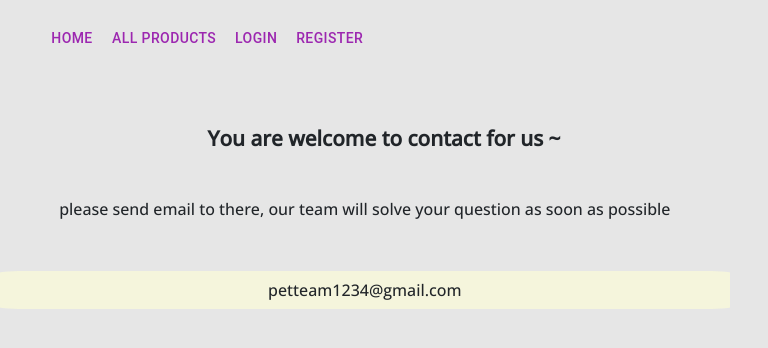
Repository: dzwfighting/pet
Page: /contact
The author's editor kept a copy of each file at every save. The page is drawn from the files as they stood at one save, then again after the next save.
The browser window is 768 px wide. The pictures show the whole page.
The project was rebuilt for these pictures with package versions that can differ from the ones it lists, and the page was loaded fresh each time. Also part of the build but not shown: src/components/homeComponent.js, src/components/Layout.js, src/components/checkoutComponent.js, src/fake-data/products.js, src/styles/css/cart.css, src/components/ShopCartComponent.js, src/components/productsDetail.js, src/manipulate/checkValid.js and 10 more.

Above is the page before, as saved 2023-08-20 10:25:44.

### src/index.js
import React from "react";
import ReactDOM from "react-dom/client";
import "./index.css";
import App from "./App";
import { Provider } from "react-redux";
import store from "./manipulate/store";
import reportWebVitals from "./reportWebVitals";

const root = ReactDOM.createRoot(document.getElementById("root"));
root.render(
  <Provider store={store}>
    <React.StrictMode>
      <App />
    </React.StrictMode>
  </Provider>
);

// If you want to start measuring performance in your app, pass a function
// to log results (for example: reportWebVitals(console.log))
// or send to an analytics endpoint. Learn more: https://bit.ly/CRA-vitals
reportWebVitals();

### src/App.js
import "./App.css";
import { BrowserRouter, Routes, Route } from "react-router-dom";
import Layout from "./components/Layout";
import Checkout from "./components/checkoutComponent";
import ShopCart from "./components/ShopCartComponent";
import ProductsDetail from "./components/productsDetail";
import Register from "./components/Register";
import Login from "./components/Login";
import Error from "./components/Error";
import Collections from "./components/Collections";
import Contactus from "./components/Contactus";
import Products from "./components/Products";

function App() {
  return (
    <BrowserRouter>
      <Routes>
        <Route path="/" element={<Layout />} />
        <Route path="checkout" element={<Checkout />} />
        <Route path="shopcart" element={<ShopCart />} />
        <Route path="contact" element={<Contactus />} />
        <Route path="products" element={<Products />} />
        <Route path="products/:id" element={<ProductsDetail />} />
        <Route path="register" element={<Register />} />
        <Route path="login" element={<Login />} />
        <Route path="error/:message" element={<Error />} />
        <Route path="collections" element={<Collections />} />
      </Routes>
    </BrowserRouter>
  );
}

export default App;

### src/manipulate/store.js
import { createStore } from "redux";
import rootReducer from "./reducer";

export default createStore(rootReducer);

### src/components/Contactus.js
import React from "react";
import NavComponent from "./navComponent";
import Container from "react-bootstrap/Container";
import Row from "react-bootstrap/Row";
import Col from "react-bootstrap/Col";
import "../styles/css/contact.css";
import cat11 from "../styles/images/cat11-removebg-preview.png";

const Contactus = () => {
  return (
    <div>
      <NavComponent />
      <div className="contactContainerSet">
        <h3>You are welcome to contact for us ~</h3>
        <p>
          please send email to there, our team will solve your question as soon
          as possible
        </p>
        <div className="emailBlock">petteam1234@gmail.com</div>
      </div>
    </div>
  );
};

export default Contactus;

### src/manipulate/reducer.js
import users from "../fake-data/users";

const initialState = {
  curUser: null,
  // cartItems: [],
  // totalQuantity: 0,
  // totalAmount: 0,
  // collectItems: [],
};

const rootReducer = (state = initialState, action) => {
  switch (action.type) {
    case "LOGIN":
      return {
        ...state,
        curUser: action.payload,
      };
    case "LOGOUT":
      return {
        ...state,
        curUser: null,
      };
    case "REGISTER":
      users.push(action.payload);
      return {
        ...state,
        curUser: action.payload,
      };
    // case "ADDCART":
    //   const newItem = action.payload;
    //   const existItem = state.cartItems.find((item) => item.id === newItem.id);
    //   state.totalQuantity++;
    //   if (!existItem) {
    //     state.cartItems.push({
    //       id: newItem.id,
    //       title: newItem.title,
    //       iamge: newItem.image,
    //       price: newItem.price,
    //       quantity: 1,
    //       totalPrice: newItem.price,
    //     });
    //   } else {
    //     existItem.quantity++;
    //     existItem.totalPrice =
    //       Number(existItem.totalPrice) + Number(newItem.price);
    //   }

    //   state.totalAmount = state.cartItems.reduce(
    //     (total, item) => total + Number(item.price) * Number(item.quantity),
    //     0
    //   );
  }
  return state;
};
export default rootReducer;

### src/components/navComponent.js
import React, { useEffect } from "react";
import { Link, useNavigate } from "react-router-dom";
import Button from "@mui/material/Button";
import { useDispatch, useSelector } from "react-redux";
import { logout } from "../manipulate/action";

const NavComponent = () => {
  const curUser = useSelector((state) => state.curUser);
  const dispatch = useDispatch();
  const navigate = useNavigate();

  const handleLogout = () => {
    dispatch(logout());
    navigate("/");
  };

  // console.log(curUser);

  return (
    <div style={{ marginLeft: "40px", marginTop: "20px", marginRight: "40px" }}>
      <Link to="/" style={{ textDecoration: "none" }}>
        <Button color="secondary">Home</Button>
      </Link>

      <Link
        to="/products"
        state={{ category: "all" }}
        style={{ textDecoration: "none" }}
      >
        <Button color="secondary">All Products</Button>
      </Link>
      {curUser ? (
        <Link to="/shopcart" style={{ textDecoration: "none" }}>
          <Button color="secondary">Shop Cart</Button>
        </Link>
      ) : (
        <a />
      )}
      {curUser ? (
        <Link to="/collections" style={{ textDecoration: "none" }}>
          <Button color="secondary">Collections</Button>
        </Link>
      ) : (
        <a />
      )}
      {/* {curUser ? (
        <Link to="/checkout" style={{ textDecoration: "none" }}>
          <Button color="secondary">Check Out </Button>
        </Link>
      ) : (
        <a />
      )} */}
      {curUser ? (
        <Button color="secondary" onClick={handleLogout}>
          Logout
        </Button>
      ) : (
        <Link to="/login" style={{ textDecoration: "none" }}>
          <Button color="secondary">Login</Button>
        </Link>
      )}
      {curUser ? (
        <a />
      ) : (
        <Link to="/register" style={{ textDecoration: "none" }}>
          <Button color="secondary">Register</Button>
        </Link>
      )}
    </div>
  );
};

export default NavComponent;

### src/fake-data/users.js
let users = [
  {
    email: "user1@gmail.com",
    password: "123456",
    collections: ["11"],
    cart: [{ proId: "11", cnt: "2" }],
    uploads: [
      "https://images.unsplash.com/photo-1526336024174-e58f5cdd8e13?ixlib=rb-4.0.3&ixid=M3wxMjA3fDB8MHxwaG90by1wYWdlfHx8fGVufDB8fHx8fA%3D%3D&auto=format&fit=crop&w=1887&q=80",
    ],
  },
  {
    email: "user2@gmail.com",
    password: "123456",
    collections: ["12", "13"],
    cart: [
      { proId: "12", cnt: "1" },
      { proId: "13", cnt: "2" },
    ],
    uploads: [
      "https://images.unsplash.com/photo-1526336024174-e58f5cdd8e13?ixlib=rb-4.0.3&ixid=M3wxMjA3fDB8MHxwaG90by1wYWdlfHx8fGVufDB8fHx8fA%3D%3D&auto=format&fit=crop&w=1887&q=80",
      "https://images.unsplash.com/photo-1542650507-17d51cecbbb5?ixlib=rb-4.0.3&ixid=M3wxMjA3fDB8MHxwaG90by1wYWdlfHx8fGVufDB8fHx8fA%3D%3D&auto=format&fit=crop&w=1942&q=80",
    ],
  },
];

let findUser = (email) => {
  let userIdx = 0;
  for (let i = 0; i < users.length; i++) {
    if (users[i].email === email) {
      userIdx = i;
      break;
    }
  }
  return userIdx;
};

export const findUserData = (email) => {
  let userIdx = findUser(email);
  return users[userIdx];
};

export let addCollect = (email, collect) => {
  let userIdx = findUser(email);

  // console.log("add succes");
  users[userIdx].collections.push(collect);
  console.log(users[userIdx]);
  return users[userIdx];
};

export let deleteCollect = (email, delId) => {
  let userIdx = findUser(email);

  let delIdx = 0;
  for (let i = 0; i < users[userIdx].collections.length; i++) {
    if (users[userIdx].collections[i] === delId) {
      delIdx = i;
      break;
    }
  }

  users[userIdx].collections.splice(delIdx, 1);
  console.log("del success");
  console.log(users[userIdx].collections);
  return users[userIdx];
};

export let addCart = (email, addId) => {
  let userIdx = findUser(email);
  let ifFind = false;
  for (let i = 0; i < users[userIdx].cart.length; i++) {
    if (users[userIdx].cart[i].proId === addId) {
      ifFind = true;
      users[userIdx].cart[i].cnt = (
        Number(users[userIdx].cart[i].cnt) + 1
      ).toString();
      break;
    }
  }

  if (!ifFind) {
    users[userIdx].cart.push({ proId: addId, cnt: "1" });
  }
  console.log(users[userIdx]);
  return users[userIdx];
};

export const delCart = (email, delId) => {
  let userIdx = findUser(email);
  for (let i = 0; i < users[userIdx].cart.length; i++) {
    if (users[userIdx].cart[i].proId === delId) {
      users[userIdx].cart.splice(i, 1);
      break;
    }
  }
  console.log(users[userIdx]);
  return users[userIdx];
};

export const delOnePro = (email, delId) => {
  let userIdx = findUser(email);
  console.log(delId);
  console.log(users[userIdx]);
  for (let i = 0; i < users[userIdx].cart.length; i++) {
    if (users[userIdx].cart[i].proId === delId) {
      console.log("start delete");
      let delOne = Number(users[userIdx].cart[i].cnt) - 1;
      console.log(delOne);
      if (delOne == 0) {
        delCart(email, delId);
        break;
      } else {
        users[userIdx].cart[i].cnt = delOne.toString();
        break;
      }
    }
  }
  console.log(users[userIdx]);
  return users[userIdx];
};
export default users;

### src/styles/css/prodetail.css
@import url("https://fonts.googleapis.com/css2?family=Open+Sans:wght@500&display=swap");
.detailcard {
  display: flex;
  position: relative;
  font-family: "Open Sans", sans-serif;
  width: 100vw;
  left: 1vw;
  right: 1vw;
}
.detailcardimg {
  width: 25vw;
  height: 40vw;
}
.detailcontent {
  width: 66vw;
}
.detailcontent h2 {
  margin-bottom: 1vw;
}
.detailcontent p {
  margin-left: 1vw;
  text-align: left;
  padding-right: 1vw;
  padding-bottom: 1vw;
  width: 66vw;
  font-size: 1rem;
}

@media screen and (min-width: 1105px) {
  .detailcardimg {
    width: 300px;
    height: 380px;
  }
  .detailfinalBtn {
    margin-top: -5px;
  }
}

@media screen and (min-width: 917px) and (max-width: 1105px) {
  .detailcardimg {
    width: 28vw;
    height: 450px;
  }
  .detailcontent {
    width: 27vw;
  }
  .detailcontent h2 {
    font-size: 1rem;
  }
  .detailcontent p {
    font-size: 0.8rem;
  }
  .detailfinalBtn {
    margin-top: 5px;
  }
}

@media screen and (min-width: 771px) and (max-width: 917px) {
  /* .detailcardimg {
    width: 28vw;
    height: 45vw;
  } */
  .detailcontent h2 {
    margin-bottom: 5px;
    font-size: 1rem;
  }
  .detailcontent p {
    margin-left: 5px;
    padding-right: 5px;
    padding-bottom: 0px;
    width: 66vw;
    font-size: 0.7rem;
  }
}
@media screen and (min-width: 615px) and (max-width: 771px) {
  .detailcardimg {
    width: 20vw;
    height: 30vw;
  }
  .detailcontent h2 {
    margin-bottom: 5px;
    font-size: 0.9rem;
  }
  .detailcontent p {
    margin-left: 5px;
    padding-right: 0;
    padding-bottom: 0px;
    width: 66vw;
    font-size: 0.5rem;
  }
}
@media screen and (min-width: 480px) and (max-width: 615px) {
  .detailcard {
    display: block;
  }
  .detailcardimg {
    position: relative;
    left: 2%;
    width: 25vw;
    height: 35vw;
  }
  .detailcontent {
    width: 95vw;
  }
  .detailcontent h2 {
    width: 95vw;
    margin-left: 0;
    margin-bottom: 2px;
    font-size: 0.9rem;
  }
  .detailcontent p {
    margin-left: 2px;
    padding-right: 0;
    padding-bottom: 0px;
    width: 90vw;
    font-size: 0.7rem;
  }
  .detailfinalBtn {
    font-size: 0.7rem;
  }
}
@media screen and (min-width: 200px) and (max-width: 480px) {
  .detailcard {
    display: block;
  }
  .detailcardimg {
    position: relative;
    left: 2%;
    width: 25vw;
    height: 35vw;
  }
  .detailcontent {
    width: 95vw;
  }
  .detailcontent h2 {
    width: 90vw;
    margin-left: 0;
    margin-bottom: 2px;
    font-size: 0.9rem;
  }
  .detailcontent p {
    margin-left: 2px;
    padding-right: 0;
    padding-bottom: 0px;
    width: 90vw;

    font-size: 0.7rem;
  }
  .detailfinalBtn {
    font-size: 0.7rem;
  }
}

### src/manipulate/action.js
export const login = (user) => ({
  type: "LOGIN",
  payload: user,
});

export const logout = () => ({
  type: "LOGOUT",
});

export const register = (newUser) => ({
  type: "REGISTER",
  payload: newUser,
});

// export const addToCart = (item) => ({
//   type: "ADDTOCART",
//   payload: item,
// });

// export const deleteFromCard = (item) => ({
//   typeof: "DELETEFROMCART",
//   payload: item,
// });

// export const addToCollect = (item) => ({
//   type: "ADDTOCOLLECT",
//   payload: item,
// });

// export const deleteFromColllect = (item) => ({
//   type: "DELETEFROMCOLLECT",
//   payload: item,
// });

### src/styles/css/login.css
@import url("https://fonts.googleapis.com/css2?family=Open+Sans:wght@500&display=swap");
.formSet {
  display: flex;
  margin-left: 5%;
  align-items: center;
  font-family: "Open Sans", sans-serif;
}
.lableSet {
  font-size: 2rem;
}

.inputSet {
  font-size: 1rem;
  width: 800px;
}

.loginbtnSet {
  align-items: center;
  justify-content: center;
  width: 100px;
  height: 40px;
  /* font-size: 1.1rem; */
}
.pSet {
  font-size: 1.2rem;
}

@media screen and (min-width: 1025px) {
  .formSet {
    display: flex;
    margin-left: 5%;
    align-items: center;
    font-family: "Open Sans", sans-serif;
  }
  .lableSet {
    font-size: 2rem;
  }

  .inputSet {
    text-align: left;
    font-size: 1rem;
    width: 600px !important;
  }
  .loginbtnSet {
    height: 35px !important;
  }

  .regSet {
    width: 100px !important;
    padding-top: 6px;
    height: 37px !important;
  }
  .loginbtnSet p {
    width: 70px;
  }
  .pSet {
    font-size: 1.2rem !important;
  }
}
@media screen and (min-width: 769px) and (max-width: 1024px) {
  .formSet {
    display: flex;
    margin-left: 5%;
    align-items: center;
    font-family: "Open Sans", sans-serif;
  }
  .lableSet {
    font-size: 1.5rem;
  }
  .inputSet {
    font-size: 0.9rem !important;
    width: 700px !important;
  }
  .loginbtnSet {
    width: 65px;
    height: 38px;
    font-size: 0.9rem;
  }

  .regSet {
    width: 80px;
    padding-left: 6px;
    height: 38px;
  }
  .regSet p {
    margin-left: 2px;
    font-size: 0.9rem;
  }
  .pSet {
    font-size: 1rem;
  }
}
@media screen and (min-width: 481px) and (max-width: 768px) {
  .formSet {
    display: flex;
    margin-left: 5%;
    align-items: center;
    font-family: "Open Sans", sans-serif;
  }
  .lableSet {
    font-size: 1.5rem;
  }
  .inputSet {
    font-size: 0.9rem !important;
    width: 700px !important;
  }
  .loginbtnSet {
    width: 70px;
    /* padding-top: 1px;
    padding-left: 21px; */
    height: 38px;
    font-size: 0.9rem;
  }
  .regSet {
    width: 88px;
    /* padding-top: 2px;
    padding-left: 25px; */
    height: 37px;
    font-size: 0.9rem;
  }
}
@media screen and (max-width: 481px) {
  .formSet {
    display: flex;
    margin-left: 5%;
    align-items: center;
    font-family: "Open Sans", sans-serif;
    margin-top: 50px !important;
  }
  .lableSet {
    font-size: 1rem;
  }
  .inputSet {
    font-size: 0.8rem;
    width: 200px;
    height: 40px;
  }
  .loginbtnSet {
    align-items: center;
    justify-content: center;
    width: 56px;
    height: 28px;
    font-size: 0.7rem;
  }
  .pSet {
    font-size: 0.8rem;
  }
  .regSet {
    width: 66px;
    /* padding-left: 16px; */
    height: 30px;
    font-size: 0.7rem;
  }
}

### src/styles/css/contact.css
@import url("https://fonts.googleapis.com/css2?family=Open+Sans:wght@500&display=swap");
.contactContainerSet h3 {
  display: flex;
  justify-content: center;
  align-items: center;
  font-family: "Open Sans", sans-serif;
  margin-top: 9%;
  font-size: 2rem;
  font-weight: 900;
}
.contactContainerSet p {
  text-align: center;
  font-family: "Open Sans", sans-serif;
  margin-top: 6%;
  font-size: 1.5rem;
}

.emailBlock {
  display: flex;
  align-items: center;
  text-align: center;
  justify-content: center;
  font-family: "Open Sans", sans-serif;
  width: 100vw;
  height: 5vw;
  background-color: beige;
  border-radius: 4%;
  font-size: 1.5rem;
  margin-top: 50px;
}

@media screen and (min-width: 769px) and (max-width: 1024px) {
  .contactContainerSet p {
    font-size: 1.2rem;
  }
  .emailBlock {
    font-size: 1.2rem;
  }
}
@media screen and (min-width: 481px) and (max-width: 768px) {
  .contactContainerSet h3 {
    font-size: 1.3rem;
  }

  .contactContainerSet p {
    width: 95vw;
    font-size: 1rem;
  }
  .emailBlock {
    width: 95vw;
    font-size: 1rem;
  }
}
@media screen and (max-width: 480px) {
  .contactContainerSet {
    width: 95vw;
  }
  .contactContainerSet h3 {
    width: 95vw;
    font-size: 1.3rem;
  }

  .contactContainerSet p {
    width: 95vw;
    font-size: 1rem;
  }
  .emailBlock {
    width: 95vw;
    font-size: 1rem;
  }
}

### src/styles/css/categories.css
@import url("https://fonts.googleapis.com/css2?family=Open+Sans:wght@500&display=swap");
.cardSet {
  /* margin-left: -18%; */
  position: relative;

  font-family: "Open Sans", sans-serif !important;
  /* margin-right: -20% */
}
.cSet {
  position: relative;
  right: 10%;

  /* width: 100vw; */
  justify-content: center;
}
.imgSet {
  width: 100vw !important;
}
.linkFont {
  font-size: 1.5em;
  margin-top: -50px;
}

@media screen and (min-width: 1025px) {
}
@media screen and (min-width: 769px) and (max-width: 1024px) {
  .cardSet {
    display: flex !important;
    align-items: center !important;
    justify-content: center !important;
    text-align: center !important;
    /* margin-left: -18%; */
  }
  .linkFont {
    font-size: 1.2em;
    margin-top: -50px;
  }
  .imgSet {
    width: 701px !important;
  }
}
@media screen and (min-width: 481px) and (max-width: 768px) {
  .cardSet {
    display: flex !important;
    align-items: center !important;
    justify-content: center !important;
    text-align: center !important;
    margin-left: -16%;
    /* margin-right: -20% */
  }
  .linkFont {
    font-size: 1.2em;
    margin-top: 1px !important;
  }

  .imgSet {
    width: 401px !important;
  }
}
@media screen and (max-width: 480px) {
  .cardSet {
    display: flex !important;
    align-items: center !important;
    justify-content: center !important;
    text-align: center !important;
  }
  .imgSet {
    width: 310px !important;
  }
  .linkFont {
    font-size: 1em;
    margin-top: 10px;
  }
}

Loaded but not shown: public/index.html (common file); src/index.css (common file); src/reportWebVitals.js (common file); src/App.css (common file); src/styles/allproducts.css (no stored copy; drawn as an empty file)

After the next save:
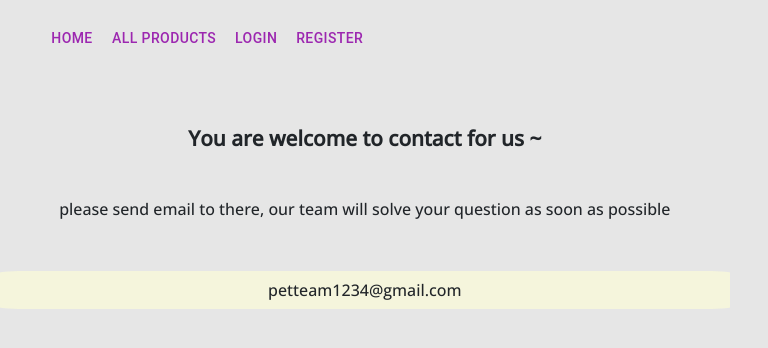
Saved 10 s later.
--- a/src/styles/css/contact.css
+++ b/src/styles/css/contact.css
@@ -39,6 +39,7 @@
 }
 @media screen and (min-width: 481px) and (max-width: 768px) {
   .contactContainerSet h3 {
+    width: 95vw;
     font-size: 1.3rem;
   }
 
